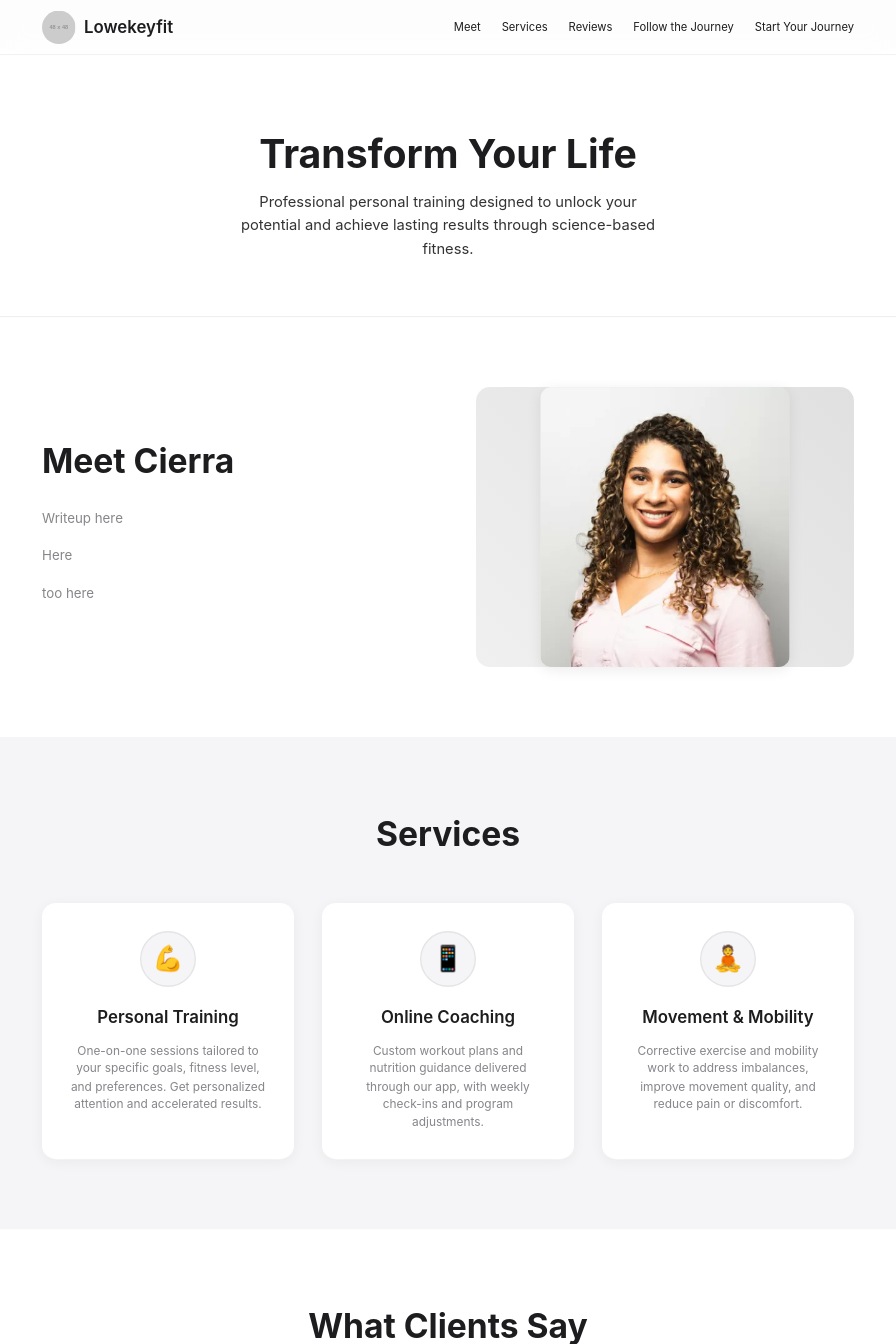
Repository: Hinuix/Ear-Website
Page: index.html
The author's editor kept a copy of each file at every save. The page is drawn from the files as they stood at one save, then again after the next save.
The browser window is 1280 px wide. The pictures show the part of the page from y = 0 to 1920 px (the page is 4134 px tall), at 70% of full size.

Above is the page before, as saved 2025-08-10 12:28:25.
Console error: TypeError: Cannot read properties of null (reading 'appendChild')

After the next save:
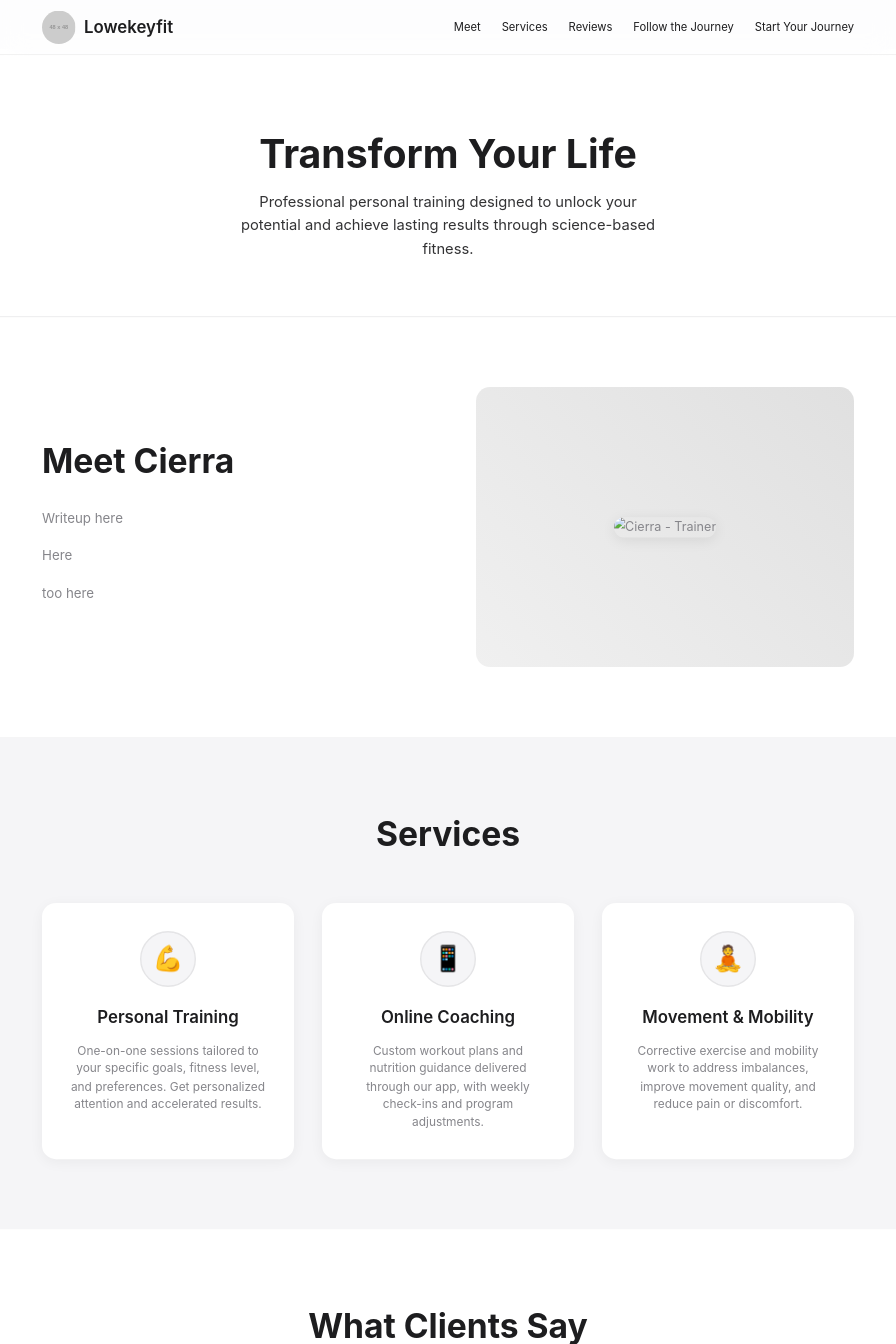
Not found: ierra.jpeg
Saved 53 s later.
--- a/index.html
+++ b/index.html
@@ -503,7 +503,7 @@
                     <p>too here</p>
                 </div>
                 <div class="about-image">
-                    <img src="Cierra.jpeg" alt="Cierra - Trainer" style="max-width:100%;max-height:100%;border-radius:16px;object-fit:cover;box-shadow:0 4px 20px rgba(0,0,0,0.08);">
+                    <img src="ierra.jpeg" alt="Cierra - Trainer" style="max-width:100%;max-height:100%;border-radius:16px;object-fit:cover;box-shadow:0 4px 20px rgba(0,0,0,0.08);">
                 </div>
             </div>
         </div>
